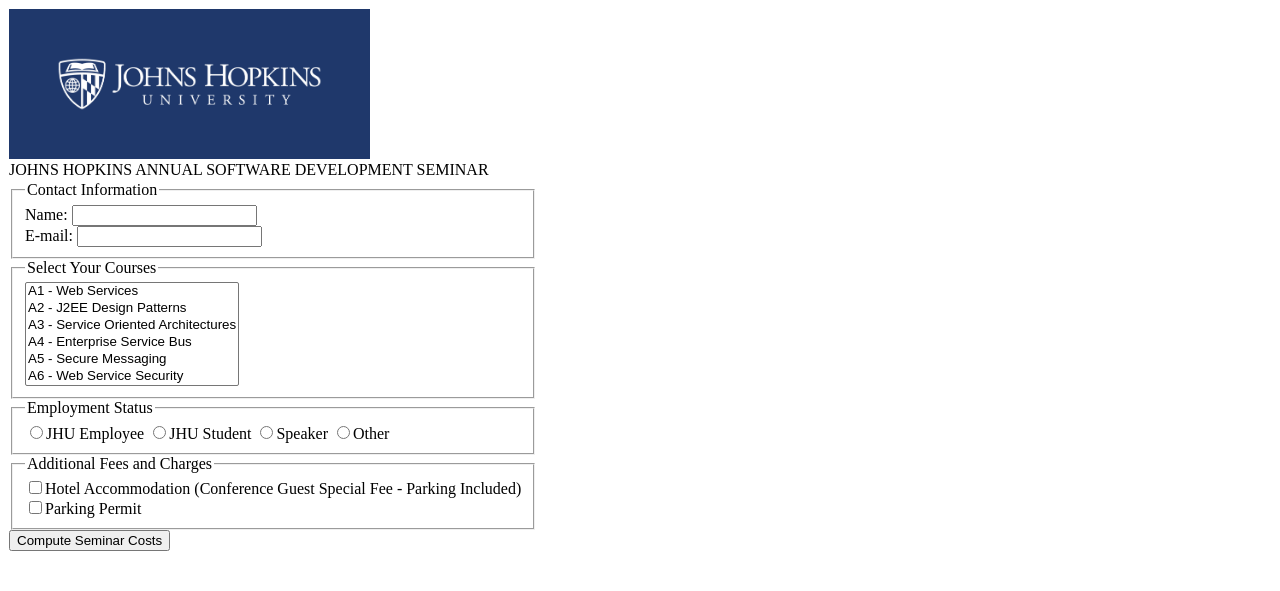
Repository: justinjwk/eclipse-workspace
Page: Homework2/WebContent/index.html
An editor plug-in stored every save of this project. The page is shown before and after the next save, followed by the edit.
The browser window is 1280 px wide. The pictures show the whole page.

Above is the page before, as saved 2019-06-12 02:58:55.

### Homework2/WebContent/index.html
<!DOCTYPE html>
<html>
<head>
<meta charset="UTF-8">
<link rel="stylesheet" href="./jkim342.css">
<title>JHU Annual Software Development Seminar</title>
</head>
<body>

	<table>
		<tr>
			<th><img src="jhu_logo.png" height=150 align="center"></th>
		</tr>
		<tr>
			<td>JOHNS HOPKINS ANNUAL SOFTWARE DEVELOPMENT SEMINAR</td>
		</tr>
		<tr>
			<td>
				<form>
					<fieldset>
						<legend>Contact Information</legend>
						Name: <input type="name" name="name" required><br>
						E-mail: <input type="email" name="email" required><br>
					</fieldset>

					<fieldset>
						<legend>Select Your Courses</legend>
						<select name="course" size="6" multiple required>
							<option value="A1">A1 - Web Services</option>
							<option value="A2">A2 - J2EE Design Patterns</option>
							<option value="A3">A3 - Service Oriented Architectures</option>
							<option value="A4">A4 - Enterprise Service Bus</option>
							<option value="A5">A5 - Secure Messaging</option>
							<option value="A6">A6 - Web Service Security</option>
						</select>
					</fieldset>

					<fieldset>
						<legend>Employment Status</legend>
						<input type="radio" name="employmentstatus" value="employee"
							required>JHU Employee <input type="radio"
							name="employmentstatus" value="student">JHU Student <input
							type="radio" name="employmentstatus" value="speaker">Speaker
						<input type="radio" name="employmentstatus" value="ohter">Other
					</fieldset>

					<fieldset>
						<legend>Additional Fees and Charges</legend>
						<input type="checkbox" name="hotel">Hotel Accommodation
						(Conference Guest Special Fee - Parking Included)<br> <input
							type="checkbox" name="parking">Parking Permit
					</fieldset>

					<input type="submit" value="Compute Seminar Costs">
					<input type="hidden"
						name="action" value="register">
				</form>
</body>
</td>
</tr>

</table>

</html>

### Homework2/WebContent/jkim342.css
@charset "UTF-8";
table {
	border-collapse: collapse;
	bgcolor: #FFFFE0;
}

th, td {
	text-align: left;
}

th {
	backgroud-color: #4CAF50;
}

After the next save:
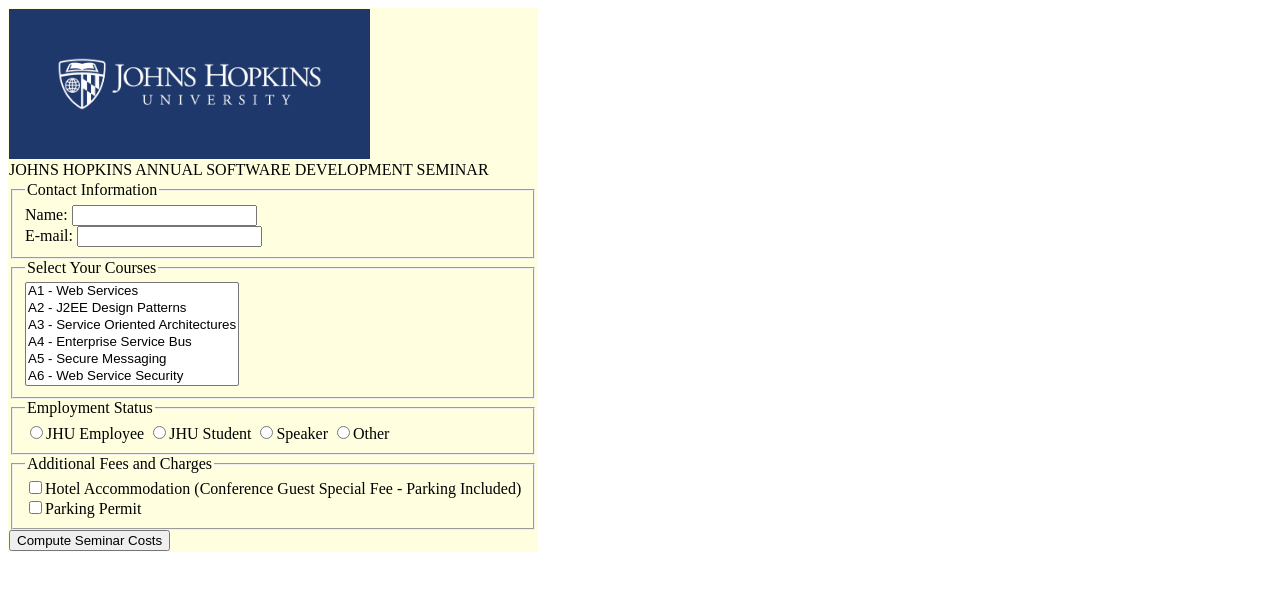
Saved 91 s later.
--- a/Homework2/WebContent/index.html
+++ b/Homework2/WebContent/index.html
@@ -7,7 +7,7 @@
 </head>
 <body>
 
-	<table>
+	<table bgcolor="#FFFFE0">
 		<tr>
 			<th><img src="jhu_logo.png" height=150 align="center"></th>
 		</tr>
